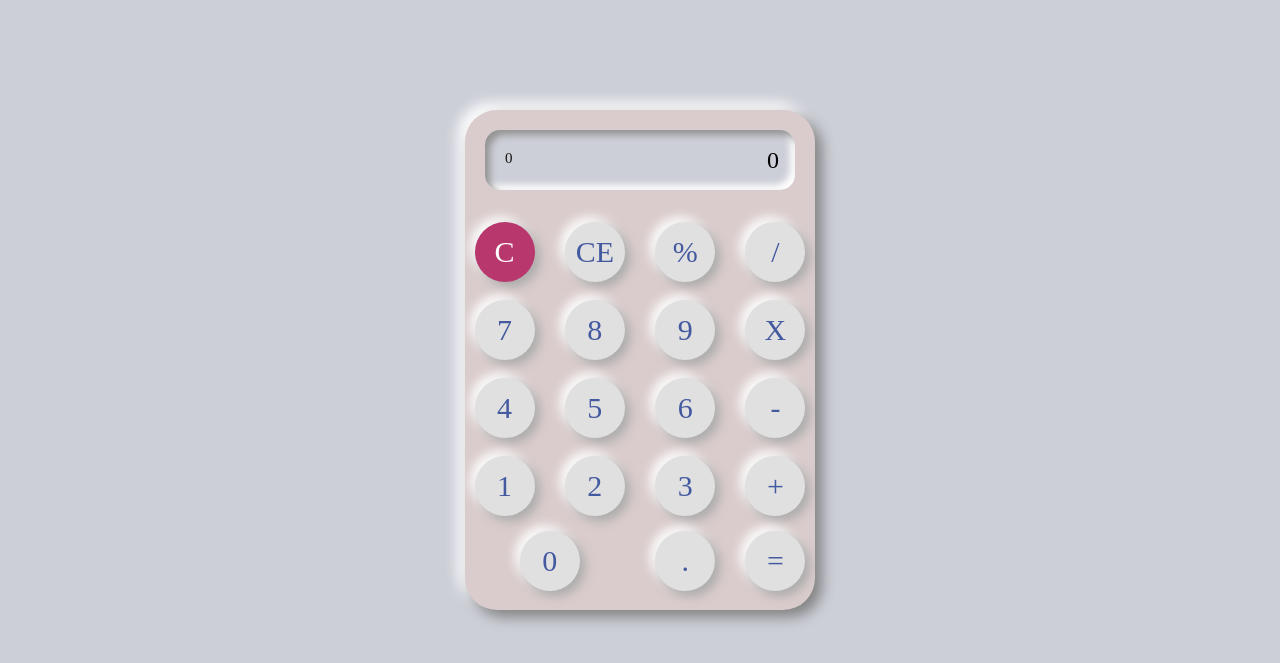
Repository: Goldmyn/Calculator
Page: index.html
The author's editor kept a copy of each file at every save. The page is drawn from the files as they stood at one save, then again after a run of saves.
The browser window is 1280 px wide. The pictures show the whole page.
The pointer rests on the first visible `.button`.

Above is the page before, as saved 2022-09-28 02:37:03.

After the next 2 saves:
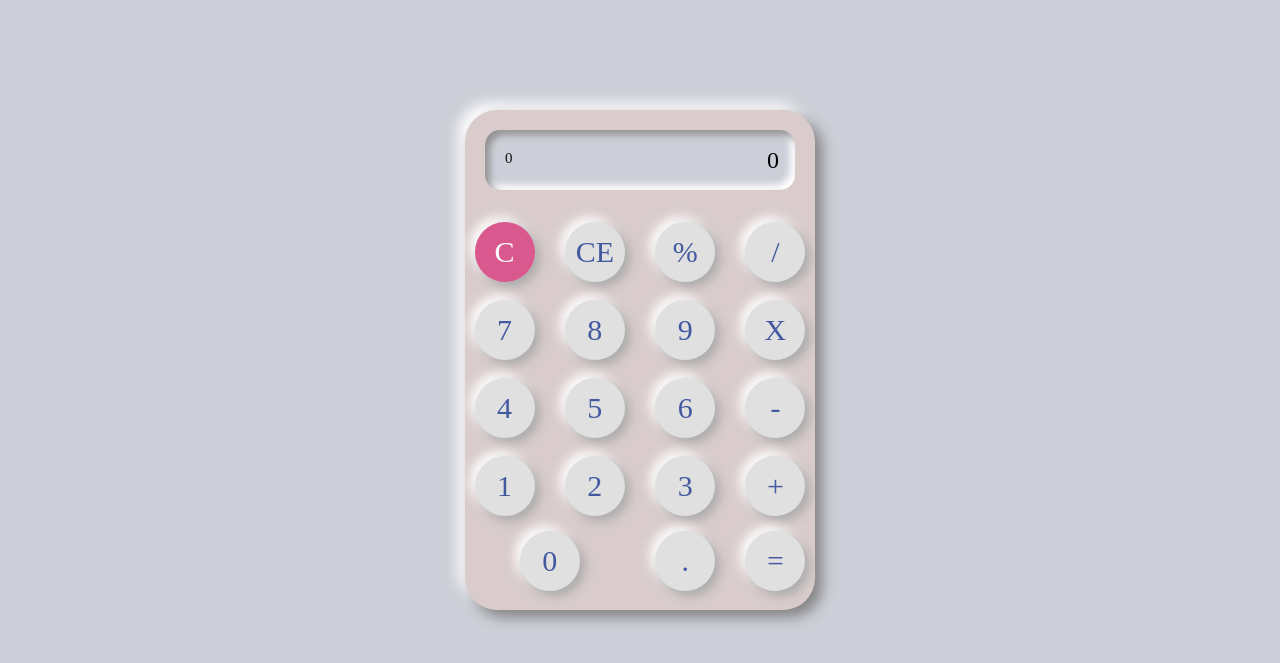
The 2 saves are shown as one change because they came seconds apart.
The last was saved 12 s later.
--- a/index.css
+++ b/index.css
@@ -86,7 +86,7 @@ section {
 }
 
 .button:hover {
-    background-color: rgb(184, 55, 109);
+    background-color: rgba(218, 65, 129, 0.822);
     color: white;
 }
 
